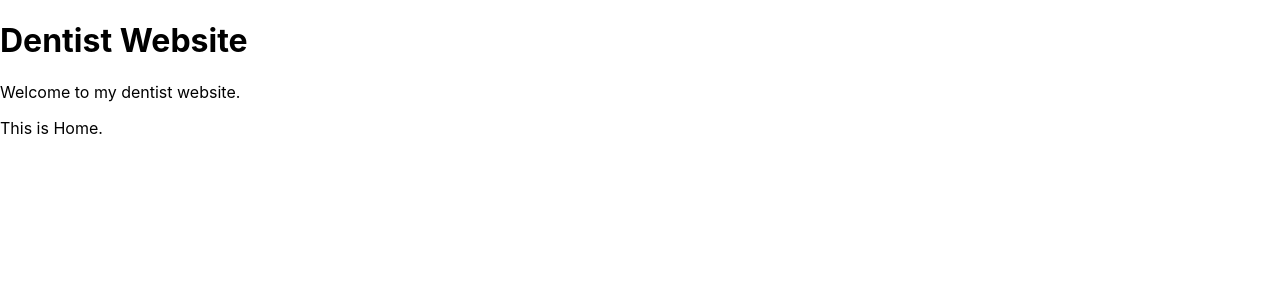
Repository: neldad1/dentist-app
Page: /contact
These files come from the project's save history. The page is drawn as it stood at one moment and after the next save; the edit follows.
The browser window is 1280 px wide. The pictures show the whole page.
The project was rebuilt for these pictures with package versions that can differ from the ones it lists, and the page was loaded fresh each time.

Above is the page before, as saved 2022-03-08 19:07:49.

After the next save:
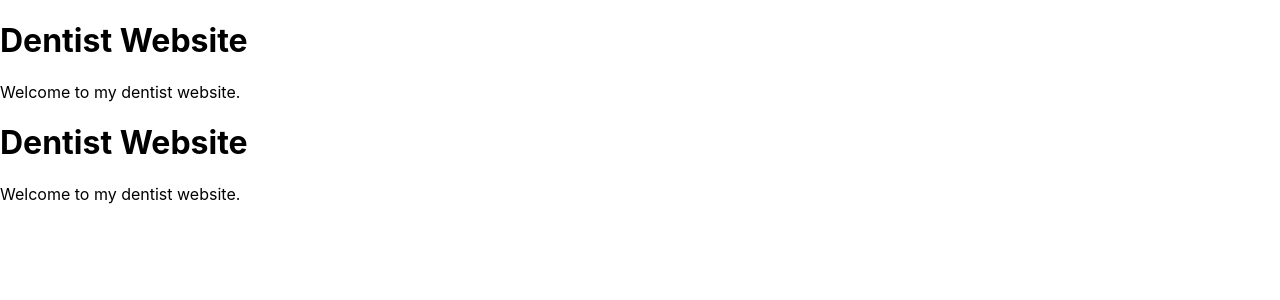
Saved 53 s later.
--- a/src/Home.js
+++ b/src/Home.js
@@ -1,5 +1,10 @@
 function Home() {
-  return <div>This is Home.</div>;
+  return (
+    <div>
+      <h1>Dentist Website</h1>
+      <p>Welcome to my dentist website.</p>
+    </div>
+  );
 }
 
 export default Home;
